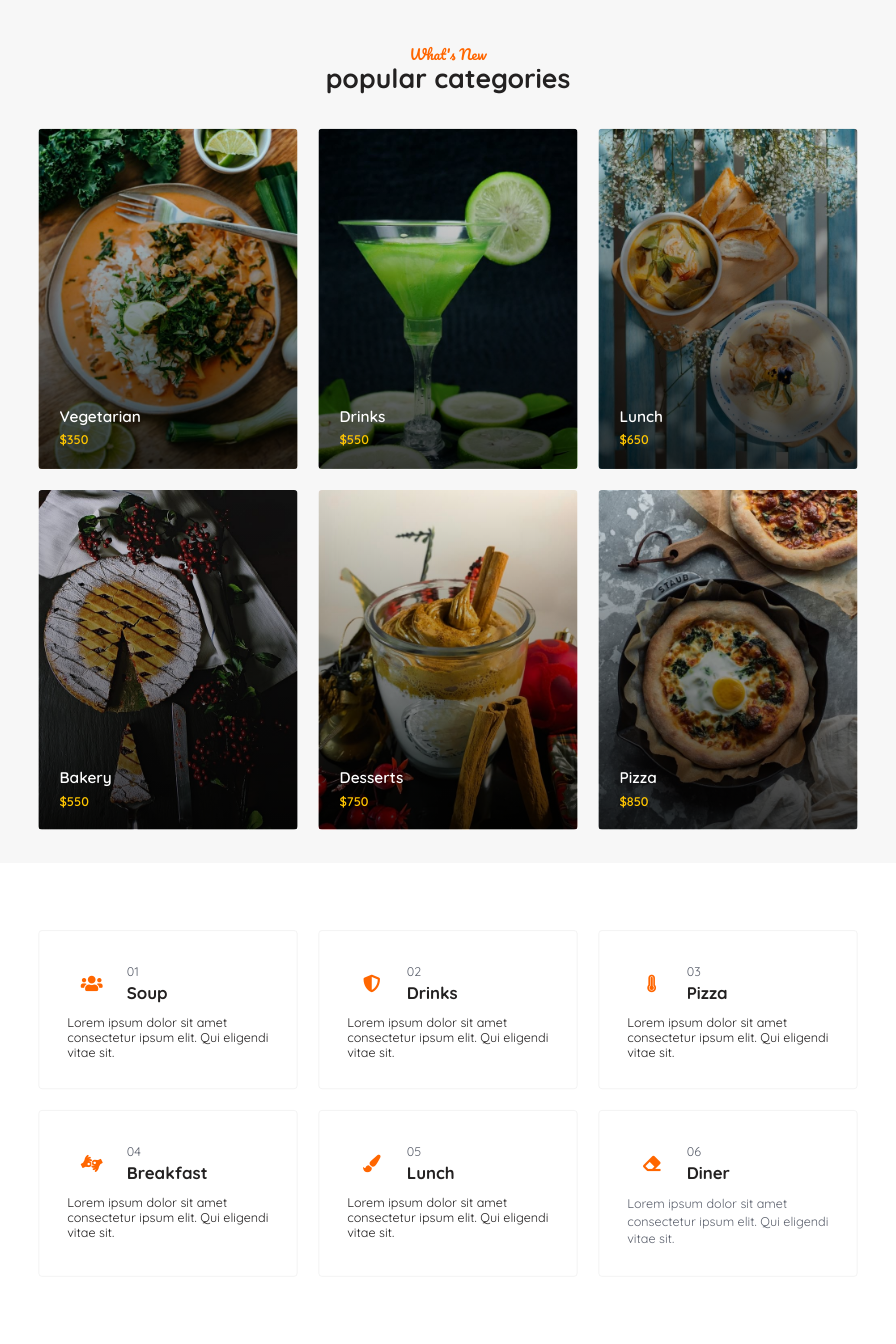
Repository: baobaodeveloper/bootscap21_project_AnhBao_VietToan_VietDuc
Page: index.html
An editor plug-in stored every save of this project. The page is shown before and after the next save, followed by the edit.
The browser window is 1280 px wide. The pictures show the part of the page from y = 1567 to 3487 px (the page is 3487 px tall before and 3430 px after), at 70% of full size.
Backgrounds fixed to the window are drawn as part of the page.

Above is the page before, as saved 2022-03-03 11:30:38.

### index.html
<!DOCTYPE html>
<html lang="en">
  <head>
    <meta charset="UTF-8" />
    <meta http-equiv="X-UA-Compatible" content="IE=edge" />
    <meta name="viewport" content="width=device-width, initial-scale=1.0" />

    <!-- fontawesome link cdn -->
    <link
      rel="stylesheet"
      href="https://cdnjs.cloudflare.com/ajax/libs/font-awesome/5.15.4/css/all.min.css"
      integrity="sha512-1ycn6IcaQQ40/MKBW2W4Rhis/DbILU74C1vSrLJxCq57o941Ym01SwNsOMqvEBFlcgUa6xLiPY/NS5R+E6ztJQ=="
      crossorigin="anonymous"
      referrerpolicy="no-referrer"
    />

    <!-- font -->
    <link rel="preconnect" href="https://fonts.googleapis.com" />
    <link rel="preconnect" href="https://fonts.gstatic.com" crossorigin />
    <link
      href="https://fonts.googleapis.com/css2?family=Pacifico&family=Poppins:wght@300;400;500&family=Quicksand:wght@300;400;500;600;700&display=swap"
      rel="stylesheet"
    />

    <link rel="stylesheet" href="style.css" />
    <title>Diner</title>
  </head>
  <body>
    <header class="header">
      <div class="header__wrapper container">
        <div class="header__top">
          <a class="header__logo" href="#">Diner</a>

          <div class="header__navbar">
            <form class="navbar__search">
              <input type="search" placeholder="Search here..." id="search" />
              <label for="search" class="fas fa-search"></label>
            </form>

            <div class="mode__container">
              <i class="fas fa-sun" id="dark"></i>
              <i class="fas fa-moon" id="light"></i>
            </div>

            <div class="fa fa-bars" id="menu-button"></div>
          </div>

          <nav class="navbar__list">
            <i class="fas fa-times" id="close-button"></i>
            <a href="#">home</a>
            <a href="#">about</a>
            <a href="#">services</a>
            <a href="#">blogs</a>
            <a href="#">404</a>
            <a href="#">landing page</a>
            <a href="#">contact</a>
            <a href="#">shot codes</a>
            <a href="#">email</a>
          </nav>
        </div>

        <div class="header__content">
          <h2>the only thing we love more than food is you!</h2>
          <p>
            Lorem ipsum dolor sit amet consectetur ipsum elit. Qui eligendi
            vitae sit.Ea ipsum sed consequuntur illum facere.
          </p>
          <a href="#" class="btn"
            >read more <i class="fas fa-angle-right"></i
          ></a>
        </div>
      </div>
    </header>

    <section class="about container pad-med">
      <div class="heading">
        <span>about us</span>
        <h3>We found our creative space that is open for you.</h3>
      </div>

      <div class="text">
        <p>
          Lorem ipsum viverra feugiat. Pellen tesque libero ut justo, ultrices
          in ligula. Semper at tempufddfel. Lorem ipsum dolor sit amet elit. Non
          quae, fugiat nihil ad. Lorem ipsum dolor sit amet. Lorem ipsum init
          dolor sit, amet elit. Dolor ipsum non velit, culpa!Lorem ipsum init
          dolor sit.
        </p>

        <p>
          Lorem ipsum viverra feugiat. Pellen tesque libero ut justo, ultrices
          in ligula. Semper at tempufddfel. Lorem ipsum dolor sit amet elit. Non
          quae, fugiat nihil ad. Lorem ipsum dolor sit amet.
        </p>
      </div>
    </section>

    <section class="restaurant">
      <div class="restaurant__img">
        <img src="./image/banner3.jpg" alt="#" />
      </div>

      <div class="restaurant__content">
        <div class="heading">
          <span>more than 3000 restaurant</span>
          <h3>Book a table easly at the best price</h3>
        </div>

        <div class="text">
          <p>
            Vestibulum ante ipsum primis in faucibus orci luctus turpis sodales
            quis. Integer sit amet mattis quam.Vivamus a ligula quam tesque et
            libero ut justo ultrices in.
          </p>
        </div>

        <div class="restaurant__best">
          <div class="best__item">
            <i class="fas fa-thumbs-up"></i>
            <h4>best deals</h4>
            <p class="text">
              Lorem ipsum viverra feugiat. Pellen tesque libero justo.
            </p>
          </div>

          <div class="best__item">
            <i class="fas fa-utensils"></i>
            <h4>best food</h4>
            <p class="text">
              Lorem ipsum viverra feugiat. Pellen tesque libero justo.
            </p>
          </div>
        </div>
      </div>
    </section>

    <section class="categories-wrapper">
      <div class="categories container pad-med">
        <div class="heading text-align pad-med">
          <span>what's new</span>
          <h3>popular categories</h3>
        </div>

        <div class="categories__list">
          <div class="categories__item">
            <div class="categories__img">
              <img src="./image/g1.jpg" alt="" />
            </div>
            <div class="categories__info">
              <span class="categories__name"> vegetarian </span>
              <span class="categories__price"> $350 </span>
            </div>
          </div>

          <div class="categories__item">
            <div class="categories__img">
              <img src="./image/g2.jpg" alt="" />
            </div>
            <div class="categories__info">
              <span class="categories__name"> drinks </span>
              <span class="categories__price"> $550 </span>
            </div>
          </div>

          <div class="categories__item">
            <div class="categories__img">
              <img src="./image/g3.jpg" alt="" />
            </div>
            <div class="categories__info">
              <span class="categories__name"> lunch </span>
              <span class="categories__price"> $650 </span>
            </div>
          </div>

          <div class="categories__item">
            <div class="categories__img">
              <img src="./image/g4.jpg" alt="" />
            </div>
            <div class="categories__info">
              <span class="categories__name"> bakery </span>
              <span class="categories__price"> $550 </span>
            </div>
          </div>

          <div class="categories__item">
            <div class="categories__img">
              <img src="./image/g5.jpg" alt="" />
            </div>
            <div class="categories__info">
              <span class="categories__name"> desserts </span>
              <span class="categories__price"> $750 </span>
            </div>
          </div>

          <div class="categories__item">
            <div class="categories__img">
              <img src="./image/g6.jpg" alt="" />
            </div>
            <div class="categories__info">
              <span class="categories__name"> pizza </span>
              <span class="categories__price"> $850 </span>
            </div>
          </div>
        </div>
      </div>
    </section>

    <section class="menu container pad-med">
      <div class="menu_list pad-med">
        <div class="menu__item">
          <div class="menu__header">
            <i class="fas fa-users"></i>
            <div class="menu__info">
              <span class="menu__number">01</span>
              <span class="menu__name">soup</span>
            </div>
          </div>

          <p class="menu__content">
            Lorem ipsum dolor sit amet consectetur ipsum elit. Qui eligendi
            vitae sit.
          </p>
        </div>

        <div class="menu__item">
          <div class="menu__header">
            <i class="fas fa-shield-alt"></i>
            <div class="menu__info">
              <span class="menu__number">02</span>
              <span class="menu__name">drinks</span>
            </div>
          </div>

          <p class="menu__content">
            Lorem ipsum dolor sit amet consectetur ipsum elit. Qui eligendi
            vitae sit.
          </p>
        </div>

        <div class="menu__item">
          <div class="menu__header">
            <i class="fas fa-thermometer-full"></i>
            <div class="menu__info">
              <span class="menu__number">03</span>
              <span class="menu__name">pizza</span>
            </div>
          </div>

          <p class="menu__content">
            Lorem ipsum dolor sit amet consectetur ipsum elit. Qui eligendi
            vitae sit.
          </p>
        </div>

        <div class="menu__item">
          <div class="menu__header">
            <i class="fas fa-american-sign-language-interpreting"></i>
            <div class="menu__info">
              <span class="menu__number">04</span>
              <span class="menu__name">breakfast</span>
            </div>
          </div>

          <p class="menu__content">
            Lorem ipsum dolor sit amet consectetur ipsum elit. Qui eligendi
            vitae sit.
          </p>
        </div>

        <div class="menu__item">
          <div class="menu__header">
            <i class="fas fa-paint-brush"></i>
            <div class="menu__info">
              <span class="menu__number">05</span>
              <span class="menu__name">lunch</span>
            </div>
          </div>

          <p class="menu__content">
            Lorem ipsum dolor sit amet consectetur ipsum elit. Qui eligendi
            vitae sit.
          </p>
        </div>

        <div class="menu__item">
          <div class="menu__header">
            <i class="fas fa-eraser"></i>
            <div class="menu__info">
              <span class="menu__number">06</span>
              <span class="menu__name">diner</span>
            </div>
          </div>

          <p class="text">
            Lorem ipsum dolor sit amet consectetur ipsum elit. Qui eligendi
            vitae sit.
          </p>
        </div>
      </div>
    </section>

    <script src="app.js"></script>
  </body>
</html>

### style.css
* {
  padding: 0;
  margin: 0;
  box-sizing: border-box;
}

:root {
  --primary-font: "Quicksand", sans-serif;
  --secondary-font: "Pacifico", cursive;
  --third-font: "Poppins", sans-serif;
  --primary-color: #ff6600;
  --title-color: #232121;
  --white-color: #fff;
  --text-color: #161c2db3;
  --price-color: #ffc600;
}

img {
  display: block;
  max-width: 100%;
}

button,
input {
  display: inline-block;
  border: none;

  font-family: var(--primary-font);
  font-size: 1.6rem;

  outline: none;
}

a {
  display: inline-block;
  text-decoration: none;
}

html {
  font-size: 62.5%;
}

.container {
  max-width: 1200px;
  margin: 0 auto;
  padding: 0 1.5rem;
}

body {
  color: var(--title-color);

  font-family: var(--primary-font);
  font-size: 1.8rem;
  line-height: 1.2;
}

.pad-med {
  padding-top: 4.8rem;
  padding-bottom: 4.8rem;
}

.text-align {
  text-align: center;
}

.heading span {
  margin-bottom: 0.5rem;

  color: var(--primary-color);

  font-family: var(--secondary-font);
  font-size: 2rem;
  text-transform: capitalize;
}

.heading h3 {
  font-size: 3.8rem;
}

.text {
  color: var(--text-color);

  font-size: 1.8rem;
  line-height: 1.4;
}

.text p {
  margin: 2rem 0;
}

.btn {
  display: inline-flex;
  align-items: center;
  padding: 1.2rem 4.5rem;
  border-radius: 0.5rem;
  border: 1.5px solid var(--white-color);

  color: var(--white-color);
  background-color: transparent;

  font-family: var(--third-font);
  font-size: 1.6rem;
  text-transform: capitalize;
  font-weight: bold;

  transition: 0.4s linear;
}

.btn i {
  display: inline-block;
  margin-left: 0.5rem;

  font-size: 2rem;
}

.btn:hover {
  background-color: var(--white-color);
  color: var(--primary-color);
}

/* header section starts */
#dark {
  display: none;
}

.header {
  background-image: linear-gradient(to right, #ff6600, hsl(30deg 100% 1% / 20%)),
    url(./image/banner1.jpg);

  background-size: cover;
  background-repeat: no-repeat;
  background-attachment: fixed;

  min-height: 70vh;
}

.header__top {
  display: flex;
  justify-content: space-between;
  padding-top: 4rem;
  padding-bottom: 2rem;
}

.header__logo {
  color: var(--white-color);

  font-size: 3.3rem;
  font-weight: bold;
}

.navbar__search {
  position: relative;
}

.navbar__search input {
  padding: 1rem 5rem 1rem 2rem;

  border-radius: 0.5rem;

  color: var(--text-color);
}

.navbar__search label {
  position: absolute;
  top: 50%;
  right: 2.5rem;

  transform: translate(50%, -50%);

  font-size: 1.5rem;

  cursor: pointer;
}

.header__navbar {
  display: flex;
  justify-content: space-between;
  align-items: center;
  gap: 2rem;
}

.mode__container,
#menu-button {
  color: var(--white-color);

  cursor: pointer;
}

.mode__container {
  font-size: 2.4rem;
}

#menu-button {
  font-size: 3.1rem;
}

.header__content {
  max-width: 60rem;
  margin-top: 10rem;

  color: var(--white-color);
}

.header__content h2 {
  font-size: 5.4rem;

  text-transform: capitalize;
}

.header__content p {
  margin: 2.4rem 0 4.8rem;

  font-size: 1.6rem;
  line-height: 1.6;
}

.navbar__list {
  position: fixed;
  top: 0;
  left: 0;
  width: 100vw;
  height: 100vh;
  z-index: 20;

  display: flex;
  flex-direction: column;
  align-items: center;
  justify-content: center;

  visibility: hidden;
  opacity: 0;
  transform: scale(0.9);

  background-color: rgb(6 3 0 / 77%);

  transition: transform 0.3s, opacity 0.9s, visibility 0s 0.4s;
}

.navbar__list.active {
  visibility: visible;
  opacity: 1;
  transform: scale(1);

  transition: transform 0.4s, opacity 0.4s;
}

.navbar__list a {
  margin: 1.5rem 0;

  color: var(--white-color);

  text-transform: capitalize;
  font-family: var(--third-font);
  font-size: 2rem;
  font-weight: 600;

  transition: 0.2s linear;
}

.navbar__list a:hover {
  color: var(--primary-color);
}

#close-button {
  position: absolute;
  top: 3rem;
  right: 3rem;
  z-index: 25;

  width: 3.5rem;
  height: 3.5rem;
  border-radius: 0.5rem;

  color: var(--white-color);
  background-color: var(--primary-color);

  line-height: 3.5rem;
  text-align: center;
  font-size: 1.6rem;

  cursor: pointer;
}

/* header section ends */

/* about section starts */
.about {
  display: flex;
  gap: 6rem;
  flex-wrap: wrap;
}

.about .heading {
  width: calc(40% - 3rem);
}

.about .text {
  width: calc(60% - 3rem);
}

/* about section ends */

/* restaurant section starts */
.restaurant {
  display: flex;
  justify-content: space-between;
  flex-wrap: wrap;
}

.restaurant__img {
  position: relative;

  width: 50%;
}
.restaurant__img::before {
  content: "";
  position: absolute;
  width: 100%;
  height: 100%;
  top: 0;
  left: 0;
  z-index: 4;

  background-color: rgb(16 15 19 / 46%);
}

.restaurant__img img {
  width: 100%;
  height: 100%;
  object-fit: cover;
}

.restaurant__content {
  padding: 10rem 8rem;
  width: 50%;

  background-color: var(--primary-color);
}

.restaurant__content .heading span {
  color: var(--white-color);
}

.restaurant__content .text {
  color: #ffdfc9;
}

.restaurant__best {
  margin-top: 3rem;
  display: flex;
  justify-content: space-between;
  gap: 2rem;
}

.best__item {
  width: 50%;
}
.best__item i {
  display: inline-block;
  width: 7rem;
  height: 7rem;
  border-radius: 0.5rem;

  color: var(--primary-color);
  background-color: var(--white-color);

  line-height: 7rem;
  text-align: center;
  font-size: 2.5rem;
}

.best__item h4 {
  margin: 1.5rem 0;

  text-transform: capitalize;
  font-family: var(--third-font);
  font-size: 2rem;
}
/* restaurant section ends */

/* categories section starts */
.categories-wrapper {
  background-color: #f7f7f7;
}

.categories__list {
  display: grid;
  grid-template-columns: repeat(auto-fill, minmax(30rem, 1fr));
  grid-gap: 3rem;
}

.categories__img {
  width: 100%;
}

.categories__item {
  position: relative;

  border-radius: 0.5rem;
  overflow: hidden;
}

.categories__item::before {
  content: "";
  position: absolute;
  inset: 0;
  z-index: 1;
  background: linear-gradient(
    to bottom,
    rgba(0, 0, 0, 0) 0,
    rgba(0, 0, 0, 0.53) 69%,
    rgba(0, 0, 0, 0.76) 100%
  );
}

.categories__info {
  position: absolute;
  bottom: 3rem;
  left: 3rem;
  z-index: 3;
}

.categories__name {
  display: block;
  margin-bottom: 1rem;

  color: var(--white-color);

  text-transform: capitalize;
  font-size: 2.2rem;
  font-weight: 600;
}

.categories__price {
  color: var(--price-color);

  font-size: 1.8rem;
  font-weight: 600;
}

.categories__img img {
  width: 100%;
  height: 100%;
  object-fit: cover;

  transition: 0.3s linear;
}

.categories__item:hover img {
  opacity: 0.8;
}
/* categories section ends */

/* menu section starts */
.menu_list {
  display: grid;
  grid-template-columns: repeat(auto-fill, minmax(30rem, 1fr));
  grid-gap: 3rem;
}

.menu__item {
  border: 1px solid #eee;
  border-radius: 0.5rem;
  padding: 4rem;
}

.menu__header {
  display: flex;
  gap: 1.5rem;
  align-items: center;
  margin-bottom: 1rem;
}

.menu__number {
  display: block;
  margin-bottom: 0.5rem;

  color: var(--text-color);
}

.menu__name {
  font-size: 2.4rem;
  font-weight: bold;
  text-transform: capitalize;
}

.menu__header i {
  display: flex;
  justify-content: center;
  align-items: center;
  width: 7rem;
  height: 7rem;

  color: var(--primary-color);

  font-size: 2.5rem;
}

.menu__header p {
  color: var(--text-color);

  line-height: 1.4rem;
}
/* menu section ends */

/* media query */
@media screen and (max-width: 1200px) {
  .restaurant__img,
  .restaurant__content {
    width: 100%;
  }

  .restaurant__content {
    text-align: center;
  }

  .best__item {
    display: flex;
    flex-direction: column;
    justify-content: center;
    align-items: center;
  }

  .categories__list {
    grid-gap: 1.5rem;
  }
}

@media screen and (max-width: 991px) {
  .header {
    background-position: center;

    min-height: 60vh;
  }

  .about {
    gap: 0rem;
  }

  .about .heading {
    text-align: center;
  }

  .about .heading,
  .about .text {
    width: 100%;
  }

  .categories__item {
    max-height: 50rem;
  }
}

@media screen and (max-width: 767px) {
  html {
    font-size: 55%;
  }

  .header {
    min-height: 50vh;
  }

  .restaurant__content {
    padding: 3rem 2rem;
  }

  .categories.pad-med {
    padding-top: 1rem;
  }
}

### app.js
const menuBtn = document.getElementById("menu-button");
const navList = document.querySelector(".navbar__list");
const closBtn = document.getElementById("close-button");
menuBtn.addEventListener("click", () => {
  navList.classList.add("active");
});

closBtn.addEventListener("click", () => {
  navList.classList.remove("active");
});

After the next save:
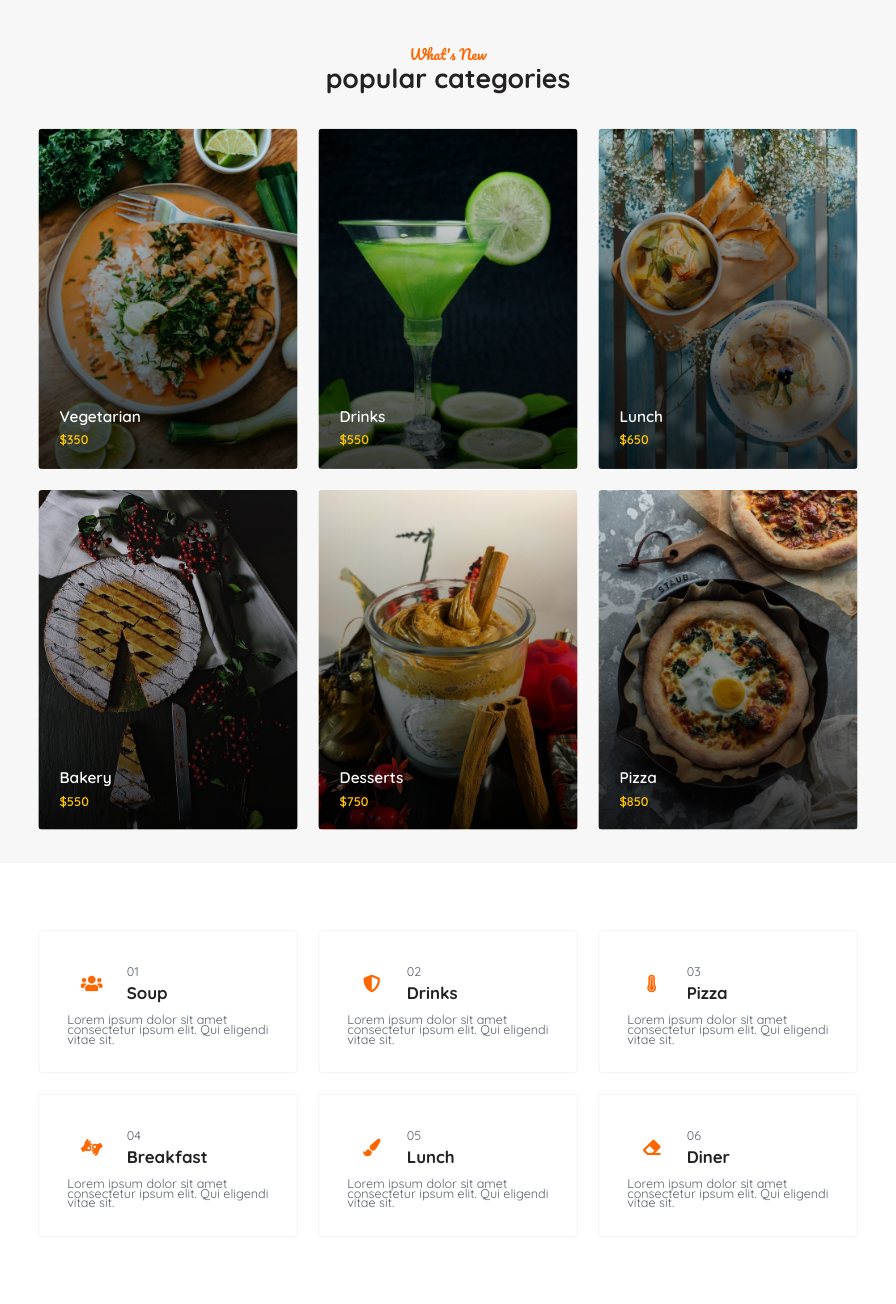
Saved 29 s later.
--- a/style.css
+++ b/style.css
@@ -496,7 +496,7 @@ body {
   font-size: 2.5rem;
 }
 
-.menu__header p {
+.menu__item p {
   color: var(--text-color);
 
   line-height: 1.4rem;
